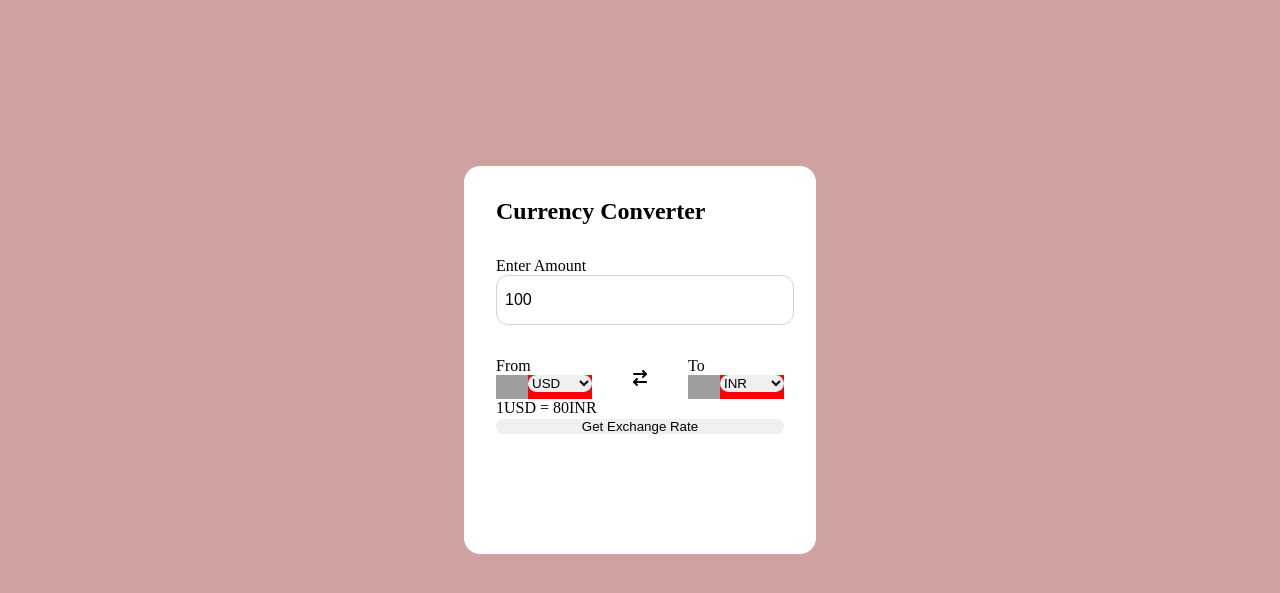
Repository: Chiranshukapil/Currency-Converter
Page: index.html
An editor plug-in stored every save of this project. The page is shown before and after the next save, followed by the edit.
The browser window is 1280 px wide. The pictures show the whole page.
Pictures or frames that could not be fetched are drawn as grey boxes.

Above is the page before, as saved 2024-07-01 04:27:57.

### index.html
<!DOCTYPE html>
<html lang="en">
<head>
    <meta charset="UTF-8">
    <meta name="viewport" content="width=device-width, initial-scale=1.0">
    <title>Currency Converter</title>
    <link rel="stylesheet" href="style.css">
    <link rel="stylesheet" href="https://cdnjs.cloudflare.com/ajax/libs/font-awesome/6.5.2/css/all.min.css" integrity="sha512-SnH5WK+bZxgPHs44uWIX+LLJAJ9/2PkPKZ5QiAj6Ta86w+fsb2TkcmfRyVX3pBnMFcV7oQPJkl9QevSCWr3W6A==" crossorigin="anonymous" referrerpolicy="no-referrer" />
</head>
<body>
    <div class="container">
        <h2>Currency Converter</h2>
        <form>
            <div class="amount">
                <p>Enter Amount</p>
                <input value="100" type="text">
            </div>
            <div class="dropdown">
                <div class="from">
                    <p>From</p>
                    <div class="select-container">
                        <img src="https://flagsapi.com/US/flat/64.png">
                        <select name="from">
                            <option value="USD">USD</option>
                            <option value="INR">INR</option>
                            <option value="EUR">EUR</option>
                            <option value="AUD">AUD</option>
                        </select>
                    </div>
                </div>
                <i class="fa-solid fa-arrow-right-arrow-left"></i>
                <div class="to">
                    <p>To</p>
                    <div class="select-container">
                        <img src="https://flagsapi.com/IN/flat/64.png">
                        <select name="to">
                            <option value="USD">USD</option>
                            <option value="INR" selected>INR</option>
                            <option value="EUR">EUR</option>
                            <option value="AUD">AUD</option>
                        </select>
                    </div>
                </div>
            </div>
            <div class="msg">1USD = 80INR</div>
            <button>Get Exchange Rate</button>
        </form>
    </div>



    <script src="script.js"></script>
</body>
</html>

### style.css
*{
    margin: 0;
    padding: 0;
}

html,body{
    height: 100%;
    width: 100%;
    display: flex;
    flex-direction: column;
    align-items: center;
    justify-content: center;
    background-color: rgb(207, 161, 161);
}
.container{
    /* display: flex;
    flex-direction: column;
    text-align: center;
    align-items: center;
    justify-content: center; */
    background-color: white;
    padding: 2rem;
    border-radius: 1rem;
    min-height: 45vh;
    width: 40vh;
}

form{
    margin: 2rem 0 1rem 0;
}

form select,button,input{
    width: 100%;
    border: none;
    outline: none;
    border-radius: 0.75rem;
}

form input{
    border: 1px solid lightgray;
    font-size: 1rem;
    height: 3rem;
    padding-left: 0.5rem;
}

.dropdown{
    display: flex;
    justify-content: space-between;
    align-items: center;
    margin-top: 2rem;
}

.select-container img{
    max-width: 2rem;
}

.select-container{
    display: flex;
    align-items: start;
    width: 6rem;
    background-color: red;
}

Loaded but not shown: script.js (no copy from this time; the picture is the same without it)

After the next save:
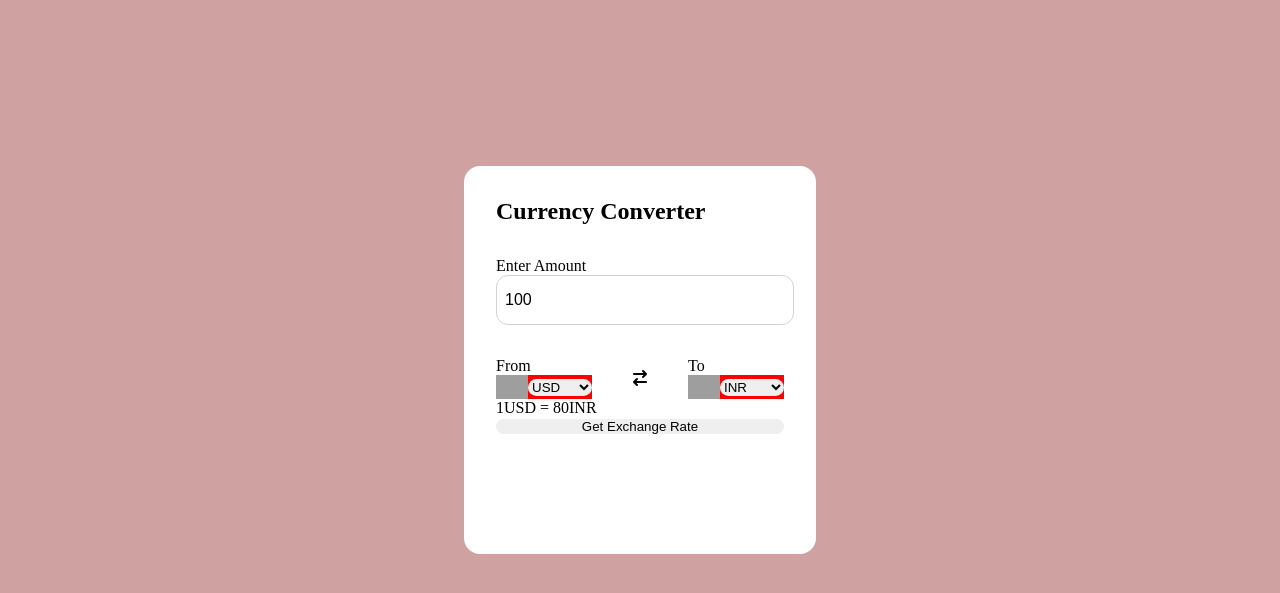
Saved 5 s later.
--- a/style.css
+++ b/style.css
@@ -56,7 +56,7 @@ form input{
 
 .select-container{
     display: flex;
-    align-items: start;
+    align-items: center;
     width: 6rem;
     background-color: red;
 }
